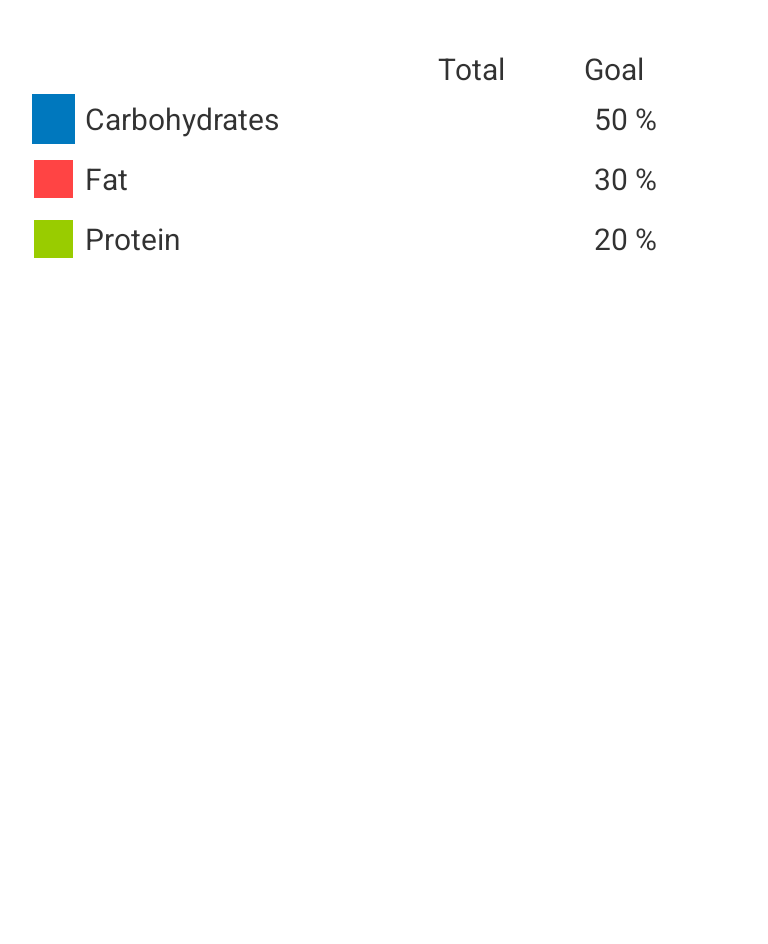
Repository: JieD/nutriy
Layout: NutriY/res/layout/fragment_nutrition_chart.xml
These files come from the project's save history. The layout is drawn as it stood at one moment and after the next save; the edit follows.
The pictures show rows 336 to 1280 of an output 1280 px tall.
It is drawn on a 768 x 1280 px phone screen (xhdpi) without system bars, with theme AppTheme; the app's code is not run.

Above is the layout before, as saved 2014-05-11 05:46:36.

### NutriY/res/layout/fragment_nutrition_chart.xml
<?xml version="1.0" encoding="utf-8"?>
<RelativeLayout xmlns:android="http://schemas.android.com/apk/res/android"
    xmlns:piechart="http://schemas.android.com/apk/res/sfsu.csc780.jied.nutriy"
    android:layout_width="match_parent"
    android:layout_height="match_parent" >

	 <sfsu.csc780.jied.nutriy.PieChart
	     android:id="@+id/piechart"
	     android:layout_width="match_parent"
	     android:layout_height="160dp"
	     android:layout_centerHorizontal="true"
	     android:layout_marginLeft="@dimen/small_horizontal_margin"
         android:layout_marginRight="@dimen/small_horizontal_margin"
         android:layout_marginTop="@dimen/small_vertical_margin"
         android:layout_marginBottom="@dimen/small_vertical_margin"
         android:paddingTop="@dimen/medium_padding"
         android:paddingBottom="@dimen/medium_padding"

	     piechart:showChart="true"
	     piechart:textColor="@color/white"
	     piechart:emptyPieColor="@color/empty_pie_blue"
	     piechart:carbSliceColor="@color/pie_blue"
	     piechart:fatSliceColor="@color/pie_red"
	     piechart:proteinSliceColor="@color/pie_green"
	     piechart:carbPercentage="50"
	     piechart:fatPercentage="30"
	     piechart:proteinPercentage="20"
	     />

	 <TableLayout
	     android:id="@+id/piechart_table"
	     android:layout_below="@id/piechart"
	     android:layout_width="match_parent" android:layout_height="wrap_content"
	     android:layout_marginLeft="@dimen/activity_horizontal_margin"
         android:layout_marginRight="@dimen/activity_horizontal_margin"
         android:layout_marginTop="@dimen/activity_vertical_margin"
         android:layout_marginBottom="@dimen/activity_vertical_margin">

	     <TableRow>
	         <TextView
                 android:layout_weight="1" />
             <TextView
                 android:layout_weight="4" />
             <TextView
                 android:layout_weight="2"
                 android:text="@string/total"
                 android:textSize="@dimen/medium_text_size" />
             <TextView
                 android:layout_weight="2"
                 android:text="@string/goal"
                 android:textSize="@dimen/medium_text_size" />
	     </TableRow>

	     <TableRow
	         android:minHeight="@dimen/medium_entry_height">
	         <TextView
	             android:layout_width="2dp"
	             android:paddingTop="3dp"  android:paddingBottom="3dp"
                 android:layout_weight="1" android:layout_gravity="center_vertical"
                 android:background= "@drawable/carb_pie_color_box"/>
             <TextView
                 android:layout_weight="4" android:layout_gravity="center"
                 android:paddingLeft="@dimen/small_padding"
                 android:text="@string/Carbohydrates" android:textSize="@dimen/medium_text_size"/>
             <TextView
                 android:id="@+id/carb_percentage"
                 android:layout_weight="2" android:layout_gravity="center_vertical"
                 android:paddingLeft="@dimen/small_padding" android:text=""
                 android:textSize="@dimen/medium_text_size" />
             <TextView
                 android:layout_weight="2" android:layout_gravity="center_vertical"
                 android:paddingLeft="@dimen/small_padding" android:text="@string/carbs_goal"
                 android:textSize="@dimen/medium_text_size" />
	     </TableRow>

	     <TableRow
	         android:minHeight="@dimen/medium_entry_height">
	         <TextView
                 android:layout_weight="1" android:layout_gravity="center"
                 android:background= "@drawable/fat_pie_color_box"/>
             <TextView
                 android:layout_weight="4" android:layout_gravity="center_vertical"
                 android:paddingLeft="@dimen/small_padding" android:text="@string/Fat"
                 android:textSize="@dimen/medium_text_size" />
             <TextView
                 android:id="@+id/fat_percentage"
                 android:layout_weight="2" android:layout_gravity="center_vertical"
                 android:paddingLeft="@dimen/small_padding" android:text=""
                 android:textSize="@dimen/medium_text_size" />
             <TextView
                 android:layout_weight="2" android:layout_gravity="center_vertical"
                 android:paddingLeft="@dimen/small_padding" android:text="@string/fat_goal"
                 android:textSize="@dimen/medium_text_size" />
	     </TableRow>

	     <TableRow
	         android:minHeight="@dimen/medium_entry_height">
	         <TextView
                 android:layout_weight="1" android:layout_gravity="center"
                 android:background= "@drawable/protein_pie_color_box"/>
             <TextView
                 android:layout_weight="4" android:layout_gravity="center_vertical"
                 android:paddingLeft="@dimen/small_padding" android:text="@string/Protein"
                 android:textSize="@dimen/medium_text_size"/>
             <TextView
                 android:id="@+id/protein_percentage"
                 android:layout_weight="2" android:layout_gravity="center_vertical"
                 android:paddingLeft="@dimen/small_padding" android:text=""
                 android:textSize="@dimen/medium_text_size" />
             <TextView
                 android:layout_weight="2" android:layout_gravity="center_vertical"
                 android:paddingLeft="@dimen/small_padding" android:text="@string/protein_goal"
                 android:textSize="@dimen/medium_text_size" />
	     </TableRow>

	 </TableLayout>

</RelativeLayout>

### NutriY/res/values/colors.xml
<?xml version="1.0" encoding="utf-8"?>
<resources>
    <color name="white">#FFFFFFFF</color>
    <color name="my_green">#FF00BE00</color>
    <color name="my_red">#FFFF0000</color>
    <color name="my_blue">#FF0078BE</color>
    <color name="light_blue">#FFE1EEFF</color>
    <color name="low_light_gray">#FFFAFAFA</color>
    <color name="mid_light_gray">#FFEEEEEE</color>
    <color name="text_gray">#FFAAAAAA</color>
    <color name="empty_pie_blue">#FF8FCEFF</color>
    <color name="pie_blue">#FF0078BE</color>
    <color name="pie_red">#FFFF4444</color>
    <color name="pie_green">#FF99CC00</color>
</resources>

### NutriY/res/values/dimens.xml
<resources>

    <!-- Default screen margins, per the Android Design guidelines. -->
    <dimen name="activity_horizontal_margin">16dp</dimen>
    <dimen name="activity_vertical_margin">16dp</dimen>
    <dimen name="small_horizontal_margin">8dp</dimen>
    <dimen name="small_vertical_margin">8dp</dimen>

    <dimen name="small_padding">5dp</dimen>
    <dimen name="medium_padding">8dp</dimen>
    <dimen name="large_padding">10dp</dimen>
    <dimen name="extra_large_padding">12dp</dimen>
    <dimen name="navigation_item_padding">20dp</dimen>

    <dimen name="extra_small_text_size">10sp</dimen>
    <dimen name="small_text_size">12sp</dimen>
    <dimen name="medium_text_size">15sp</dimen>
    <dimen name="medium_large_text_size">18sp</dimen>
    <dimen name="large_text_size">20sp</dimen>
    <dimen name="extra_large_text_size">40sp</dimen>

    <dimen name="large_entry_height">50dp</dimen>
    <dimen name="medium_large_entry_height">35dp</dimen>
    <dimen name="medium_entry_height">30dp</dimen>
    <dimen name="small_entry_height">25dp</dimen>
    <dimen name="table_entry_height">20dp</dimen>

    <dimen name="drawer_width">240dp</dimen>
</resources>

### NutriY/res/values/strings.xml
<?xml version="1.0" encoding="utf-8"?>
<resources>

    <string name="app_name">NutriY</string>
    <string name="action_settings">Settings</string>

    <string name="date">Today</string>
    <string name="calories_remaining_number">1200</string>
    <string name="calories_remaining">CALORIES REMAINING</string>
    <string name="add_to_diary">Add to Diary</string>
    <string name="goal_calorie_number">1200</string>
    <string name="food_calorie_number">+ 0</string>
    <string name="exercise_calorie_number">- 0</string>
    <string name="net_calorie_number">0</string>
    <string name="uc_goal">GOAL</string>
    <string name="uc_food">FOOD</string>
    <string name="uc_exercise">EXERCISE</string>
    <string name="uc_net">NET</string>
    <string name="goal">Goal</string>
    <string name="total">Total</string>
    <string name="left">Left</string>
    <string name="daily_summary">DAILY SUMMARY</string>
    <string name="total_fat">Total Fat (g)</string>
    <string name="saturated_fat">Saturated (g)</string>
    <string name="trans_fat">Trans (g)</string>
    <string name="cholesterol">Cholesterol (mg)</string>
    <string name="sodium">Sodium (mg)</string>
    <string name="potassium">Potassium (mg)</string>
    <string name="total_carbs">Total Carbs (g)</string>
    <string name="fiber">Dietary Fiber (g)</string>
    <string name="sugar">Sugars (g)</string>
    <string name="protein">Protein (g)</string>
    <string name="vit_A">Vitamin A</string>
    <string name="vit_C">Vitamin C</string>
    <string name="calcium">Calcium</string>
    <string name="iron">Iron</string>
    <string name="default_number">0</string>
    <string name="meals">MEALS</string>
    <string name="water_upcase">WATER</string>
    <string name="notes">NOTES</string>
    <string name="breakfast">Breakfast</string>
    <string name="lunch">Lunch</string>
    <string name="dinner">Dinner</string>
    <string name="snacks">Snacks</string>
    <string name="cardiovascular">Cardiovascular</string>
    <string name="strength">Strength</string>
    <string name="water">Water</string>
    <string name="food_notes">Food Notes</string>
    <string name="exercise_notes">Exercise Notes</string>

    <string-array name="navigations_array">
        <item>Home</item>
        <item>Diary</item>
        <item>Nutrition</item>
        <item>Progress</item>
        <item>Goals</item>
        <item>Settings</item>
    </string-array>

    <string name="drawer_open">Open Drawer</string>
    <string name="drawer_close">Close Drawer</string>
    <string name="title_activity_nutrition_page">NutritionPageActivity</string>

    <string name="calorie_breakdown">CALORIE BREAKDOWN</string>
    <string name="Carbohydrates">Carbohydrates</string>
    <string name="Fat">Fat</string>
    <string name="Protein">Protein</string>
    <string name="carbs_goal">50 %</string>
    <string name="fat_goal">30 %</string>
    <string name="protein_goal">20 %</string>


</resources>

### NutriY/res/drawable-mdpi/carb_pie_color_box.xml
<?xml version="1.0" encoding="utf-8"?>
<shape xmlns:android="http://schemas.android.com/apk/res/android" >

    <solid android:color="@color/pie_blue" />

</shape>

### NutriY/res/drawable-mdpi/fat_pie_color_box.xml
<?xml version="1.0" encoding="utf-8"?>
<shape xmlns:android="http://schemas.android.com/apk/res/android" >

    <solid android:color="@color/pie_red" />

</shape>

### NutriY/res/drawable-mdpi/protein_pie_color_box.xml
<?xml version="1.0" encoding="utf-8"?>
<shape xmlns:android="http://schemas.android.com/apk/res/android" >

    <solid android:color="@color/pie_green" />

</shape>

Loaded but not shown: NutriY/res/values/styles.xml (common file); NutriY/res/values-v11/styles.xml (common file); NutriY/res/values-v14/styles.xml (common file); NutriY/res/values-w820dp/dimens.xml (common file)

After the next save:
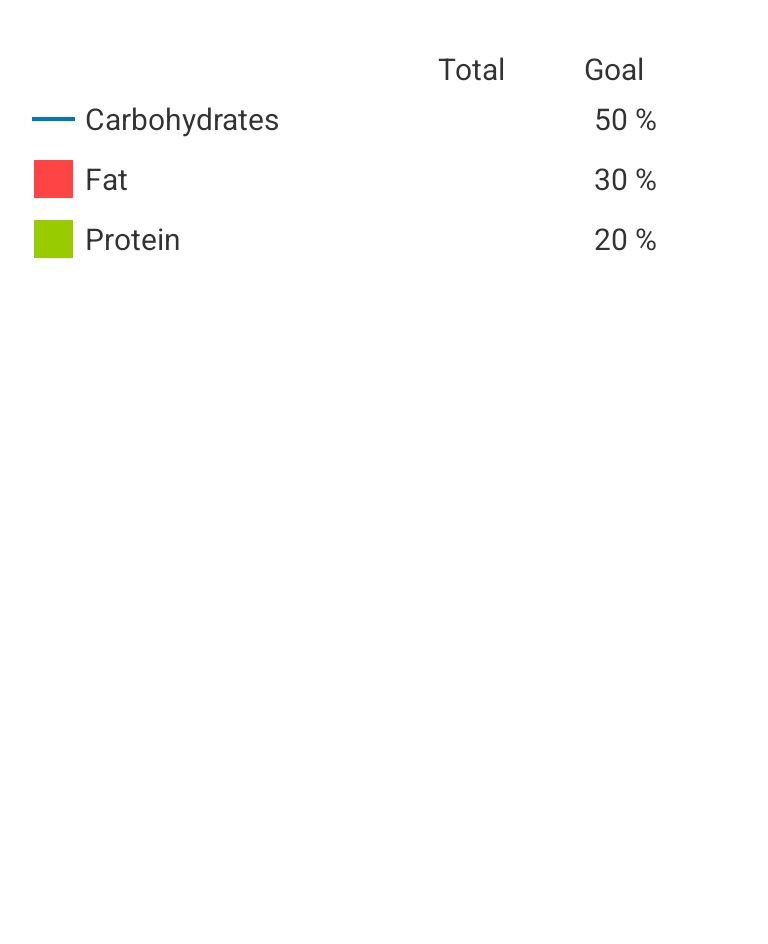
Saved 10 s later.
--- a/NutriY/res/layout/fragment_nutrition_chart.xml
+++ b/NutriY/res/layout/fragment_nutrition_chart.xml
@@ -54,7 +54,7 @@
 	     <TableRow
 	         android:minHeight="@dimen/medium_entry_height">
 	         <TextView
-	             android:layout_width="2dp"
+	             android:layout_width="2dp" android:layout_height="2dp"
 	             android:paddingTop="3dp"  android:paddingBottom="3dp"
                  android:layout_weight="1" android:layout_gravity="center_vertical"
                  android:background= "@drawable/carb_pie_color_box"/>

After the save that followed:
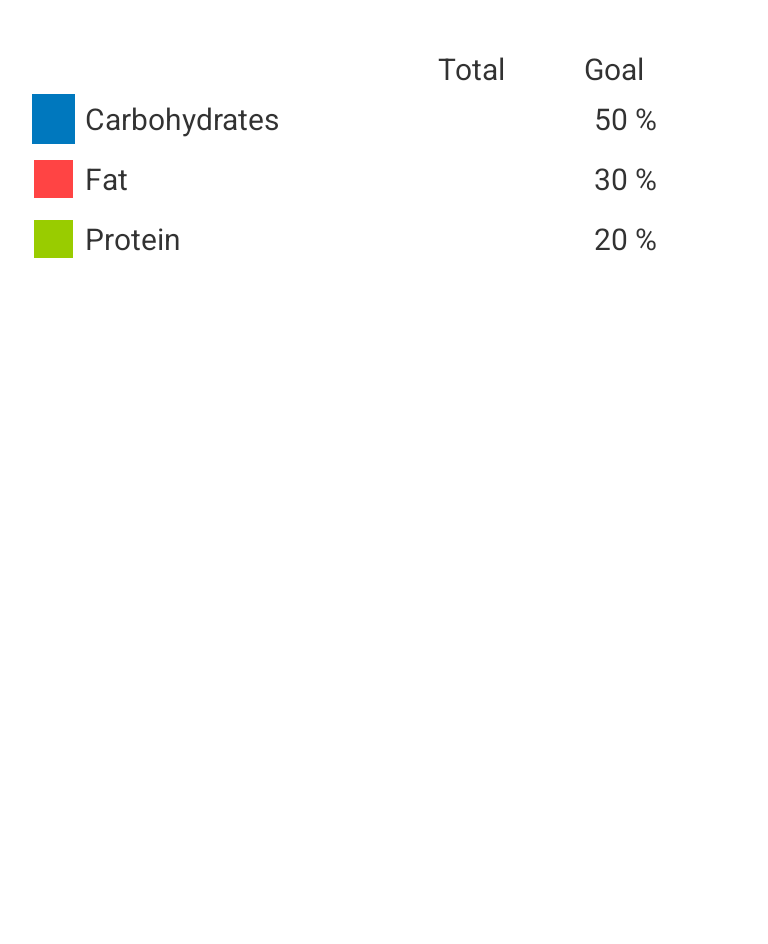
Saved 30 s later.
--- a/NutriY/res/layout/fragment_nutrition_chart.xml
+++ b/NutriY/res/layout/fragment_nutrition_chart.xml
@@ -54,7 +54,7 @@
 	     <TableRow
 	         android:minHeight="@dimen/medium_entry_height">
 	         <TextView
-	             android:layout_width="2dp" android:layout_height="2dp"
+	             android:layout_width="2dp"
 	             android:paddingTop="3dp"  android:paddingBottom="3dp"
                  android:layout_weight="1" android:layout_gravity="center_vertical"
                  android:background= "@drawable/carb_pie_color_box"/>
